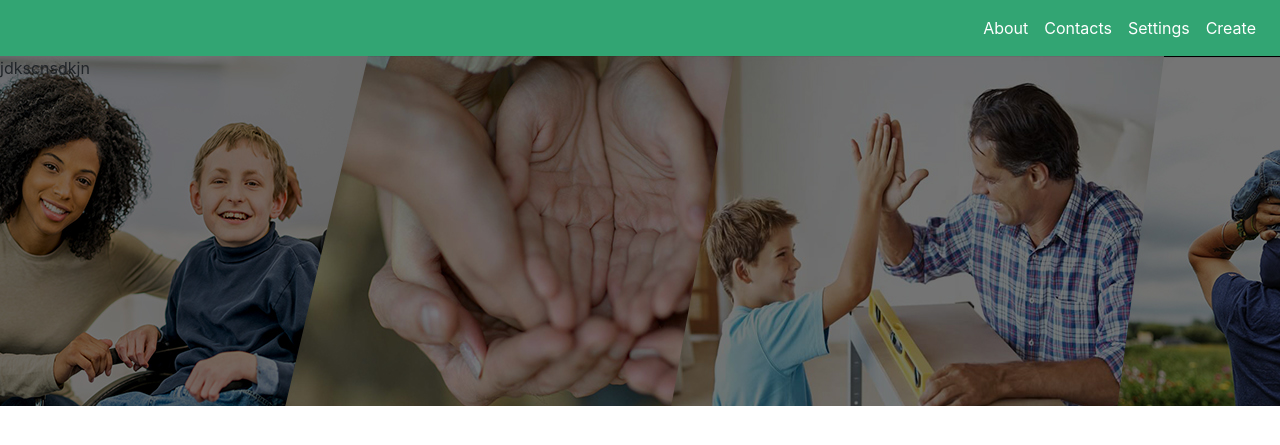
Repository: abduvali-aminov/fond
Page: http://localhost/main
The author's editor kept a copy of each file at every save. The page is drawn from the files as they stood at one save, then again after the next save.
The browser window is 1280 px wide. The pictures show the whole page.
The page is served by the project's Laravel application, run on PHP 8.4 with Laravel 8.

Above is the page before, as saved 2021-01-18 12:02:41.

After the next save:
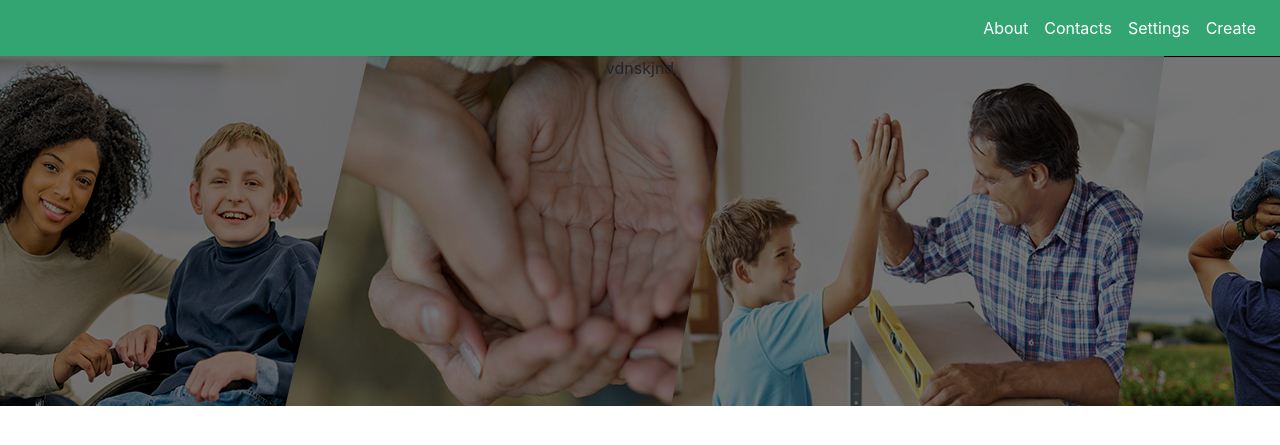
Saved 11 s later.
--- a/resources/views/main/index.blade.php
+++ b/resources/views/main/index.blade.php
@@ -2,7 +2,9 @@
 @section('content')
 
     <div  style="height: 350px;background-image:url('{{ asset('images/photo_3.jpg') }}');position:relative">
-            jdkscnsdkjn
+        <center>
+            vdnskjnd
+        </center>
     </div>
 
 @endsection
